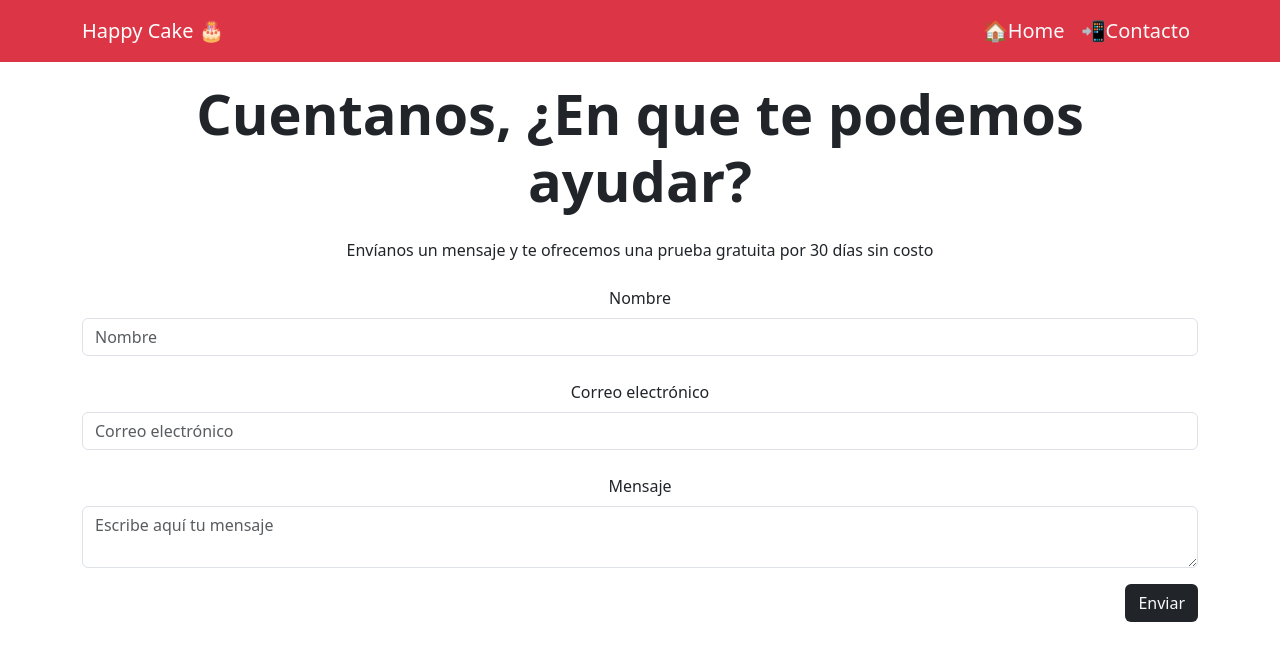
Repository: cvalenciapatagonia/Desafio-1-React-II
Page: /contacto
An editor plug-in stored every save of this project. The page is shown before and after the next save, followed by the edit.
The browser window is 1280 px wide. The pictures show the whole page.
The project was rebuilt for these pictures with package versions that can differ from the ones it lists, and the page was loaded fresh each time. Also part of the build but not shown: vite.config.js, src/views/Home.jsx.

Above is the page before, as saved 2023-09-22 13:29:31.

After the next save:
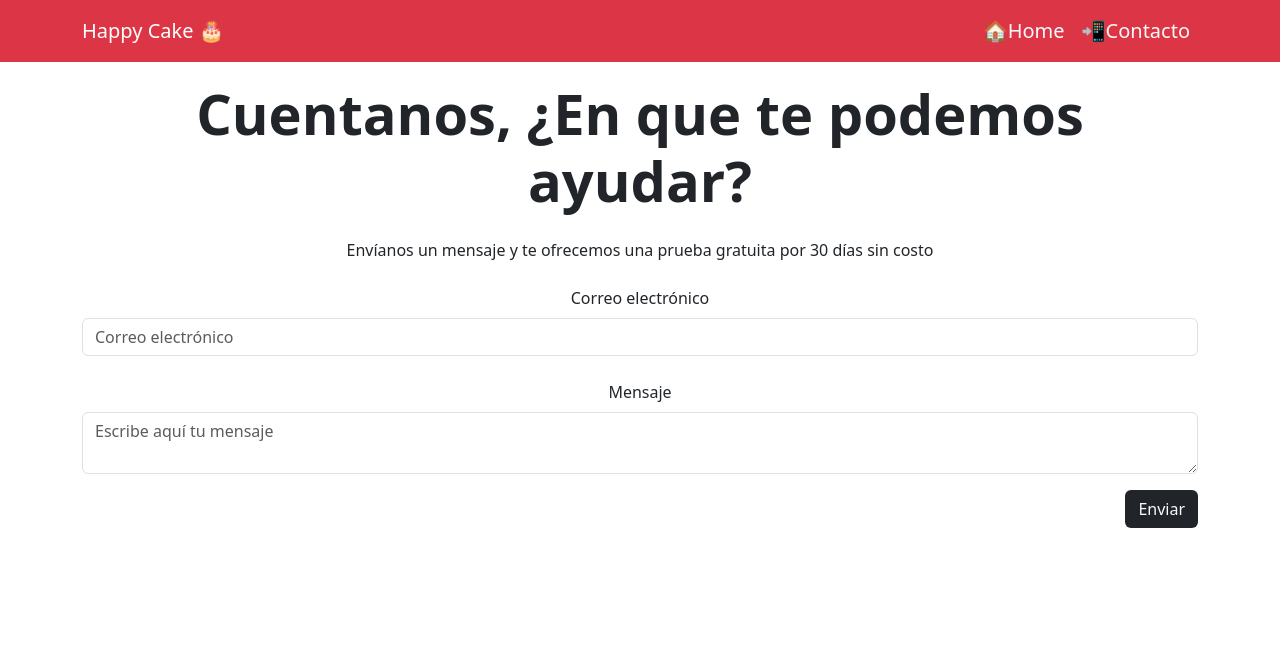
Saved 47 s later.
--- a/src/views/Contacto.jsx
+++ b/src/views/Contacto.jsx
@@ -14,11 +14,6 @@
             </p>
 
             <form>
-              <div className="form-group mb-4">
-                <label className="mb-2">Nombre</label>
-                <input className="form-control" placeholder="Nombre" />
-              </div>
-
               <div className="form-group mb-4">
                 <label className="mb-2">Correo electrónico</label>
                 <input
